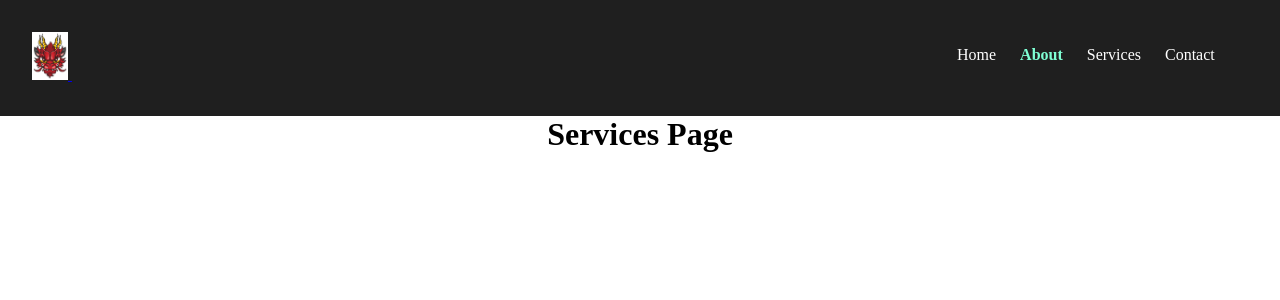
Repository: andreamm-lab/basic-navigation-example-2025-10
Page: pages/services.html
The author's editor kept a copy of each file at every save. The page is drawn from the files as they stood at one save, then again after the next save.
The browser window is 1280 px wide. The pictures show the whole page.

Above is the page before, as saved 2025-11-06 01:12:24.

### pages/services.html
<!DOCTYPE html>
<html lang="en">
<head>
    <meta charset="UTF-8">
    <meta name="viewport" content="width=device-width, initial-scale=1.0">
    <title>Basic Nav Example</title>
    <link rel="stylesheet" href="../main.css">
</head>
<body>
    <header>
        <nav>
            <a href="../index.html">
                <img src="./images/dragon.png" alt="Dragon logo">
            </a>
            <span class="spacer"></span>
            <ul>
                <li><a href="../index.html">Home</a></li>
                <li><a href="#" class="current">About</a></li>
                <li><a href="/services.html">Services</a></li>
                <li><a href="/contact.html">Contact</a></li>
            </ul>
        </nav>

    </header>
    <main>
        <h1 style="text-align: center;">Services Page</h1>

    </main>
</body>
</html>

### main.css
* {
    box-sizing: border-box;
    margin: 0px;
    padding: 0px;
}

nav {
    padding: 32px 32px; /* Este es un comentario */
    min-height: 80px;
    background-color: #1F1F1F;
}

nav img { /* Este es un combinator selector. Va a seleccionar cualquier img que esté luego de nav.
    nav a: no es recomendable, porque selecciona todos los child del nav.
    nav >a: direct descendent. Select only the anchor que estan directamente relacionados con los nav.
    */

    max-height: 48px;
    /* width: auto; Auto: Instrinsic size of the image
    height: auto; */
    background-color:white;

}

.spacer {
    /* border: 1px solid yellow; */
    display: inline-block;
    /* Parent width - Logo width - Menu <ul> width */
    width: calc(100% - 40px - 295px);
}

nav ul {
    list-style: none;
    display: inline-block;
    margin-bottom: 20px;
    vertical-align: bottom;
}

nav ul li {
    display: inline-block;
    margin-right: 20px;

}

nav ul li:last-child{
    margin-right: 0px;
}

nav ul li a{
    text-decoration: none;
}

nav ul li a:link,
nav ul li a:visited {
    color: white;

}

nav ul li a.current{
    color: aquamarine;
    font-weight: bold;

}

nav ul li a:hover{
    color: rgb(92,229,0)

}

After the next save:
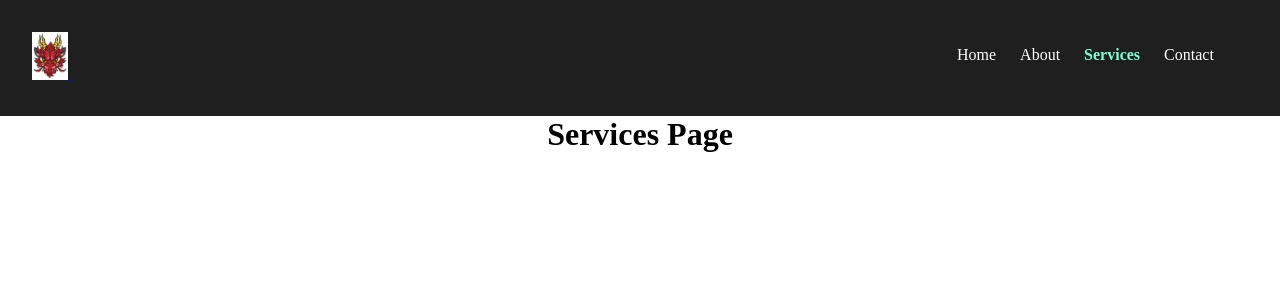
Saved 88 s later.
--- a/pages/services.html
+++ b/pages/services.html
@@ -14,9 +14,9 @@
             </a>
             <span class="spacer"></span>
             <ul>
-                <li><a href="../index.html">Home</a></li>
-                <li><a href="#" class="current">About</a></li>
-                <li><a href="/services.html">Services</a></li>
+                <li><a href="./index.html">Home</a></li>
+                <li><a href="./about.html">About</a></li>
+                <li><a href="#" class="current">Services</a></li>
                 <li><a href="/contact.html">Contact</a></li>
             </ul>
         </nav>
